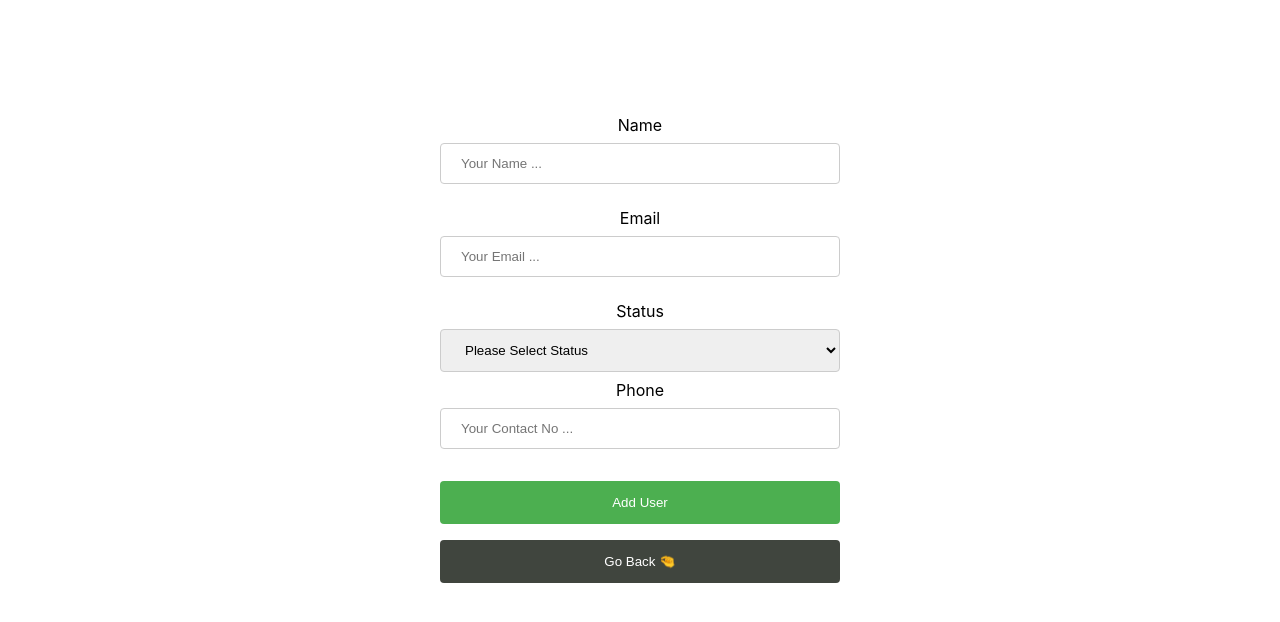
Repository: fdhhhdjd/Redux-Toolkit-CURD-Firebase
Page: /add
These files come from the project's save history. The page is drawn as it stood at one moment and after the next save; the edit follows.
The browser window is 1280 px wide. The pictures show the whole page.
The project was rebuilt for these pictures with package versions that can differ from the ones it lists, and the page was loaded fresh each time. Also part of the build but not shown: src/Styles/Home.css, src/Component/Moments.js, src/Component/Home.js, src/Styles/View.css, src/Component/View.js.

Above is the page before, as saved 2021-10-25 14:56:29.

After the next save:
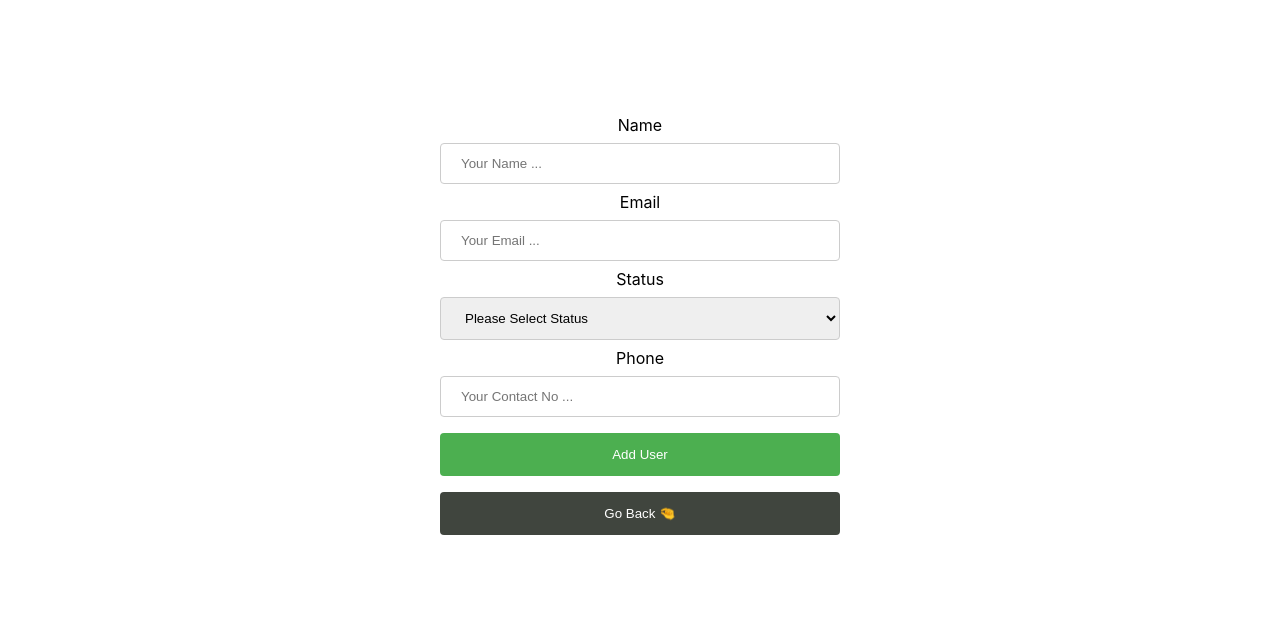
Saved 11 min 38 s later.
--- a/src/Component/AddEdit.js
+++ b/src/Component/AddEdit.js
@@ -9,7 +9,6 @@ import "../Styles/AddEdit.css";
 import { toast } from "react-toastify";
 import { useDispatch, useSelector } from "react-redux";
 import { Link, useHistory, useParams } from "react-router-dom";
-import { useForm, Controller } from "react-hook-form";
 const initialState = {
   name: "",
   email: "",
@@ -23,24 +22,20 @@ const AddEdit = () => {
   const { id } = useParams();
   const { name, email, phone, status } = state;
   const { contact } = useSelector(GetTodo);
-  const {
-    register,
-    formState: { errors },
-    handleSubmit,
-    watch,
-  } = useForm({
-    mode: "all",
-  });
-  const handleSubmit1 = (e, data) => {
-    if (!id) {
-      dispatch(addContact(state), toast.success("Add user Success 😊"));
+  const handleSubmit = (e) => {
+    e.preventDefault();
+    if (!name || !email || !phone || !status) {
+      toast.error("Please Enter Input !!!");
     } else {
-      dispatch(updateContact(state), toast.success("Edit user Success 👌 "));
+      if (!id) {
+        dispatch(addContact(state), toast.success("Add user Success 😊"));
+      } else {
+        dispatch(updateContact(state), toast.success("Edit user Success 👌 "));
+      }
+      setTimeout(() => {
+        history.push("/");
+      }, 500);
     }
-    setTimeout(() => {
-      history.push("/");
-    }, 500);
-    // }
   };
   const handleInputChange = (e) => {
     let { name, value } = e.target;
@@ -64,42 +59,26 @@ const AddEdit = () => {
             maxWidth: "400px",
             alignContent: "center",
           }}
-          onSubmit={handleSubmit(handleSubmit1)}
+          onSubmit={handleSubmit}
         >
           <label htmlFor="name">Name</label>
           <input
             type="text"
             id="name"
+            name="name"
             placeholder="Your Name ..."
             value={name || ""}
-            {...register("name", { required: true, maxLength: 20 })}
-            name="name"
             onChange={handleInputChange}
           />
-          <p style={{ color: "red" }}>
-            {errors.name?.type === "required" && "Please Enter Name ?"}
-            {errors?.name?.type === "maxLength" && (
-              <p>First name cannot exceed 20 characters</p>
-            )}
-          </p>
           <label htmlFor="email">Email</label>
           <input
             type="email"
             id="email"
+            name="email"
+            placeholder="Your Email ..."
             value={email || ""}
-            placeholder="Your Email ..."
-            {...register("email", {
-              required: true,
-              pattern: /^\S+@\S+$/i,
-            })}
-            name="email"
             onChange={handleInputChange}
           />
-          <p style={{ color: "red" }}>
-            {errors.email?.type === "required" && "Please Enter Email "}
-            {errors?.email?.type === "pattern" && "Email Invalid"}
-          </p>
-
           <label htmlFor="status">Status</label>
           <select
             className="dropdown"
@@ -123,13 +102,9 @@ const AddEdit = () => {
             id="phone"
             name="phone"
             placeholder="Your Contact No ..."
-            {...register("phone", { required: true })}
             value={phone || ""}
             onChange={handleInputChange}
           />
-          <p style={{ color: "red" }}>
-            {errors.phone?.type === "required" && "Phone is required"}
-          </p>
           {id ? (
             <input type="submit" value="Edit User" />
           ) : (
